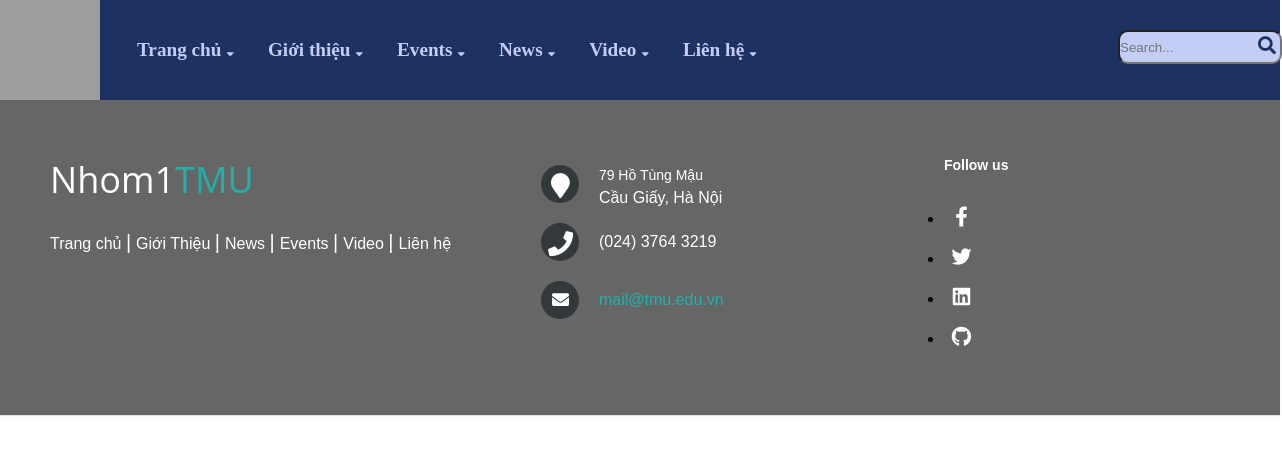
Repository: Luong-tung/MatchaTung
Page: newtopics/index.html
An editor plug-in stored every save of this project. The page is shown before and after the next save, followed by the edit.
The browser window is 1280 px wide. The page is 1282 px wide, so the pictures cover 1282 px, including what lies to the right of the window. The pictures show the whole page.
Pictures or frames that could not be fetched are drawn as grey boxes. Some web libraries are served in a nearby version.

Above is the page before, as saved 2021-10-09 12:34:05.
Not found: newtopics/grid.css

### newtopics/index.html

<!DOCTYPE html>
<html lang="en">
<head>
    <meta charset="UTF-8">
    <meta http-equiv="X-UA-Compatible" content="IE=edge">
    <meta name="viewport" content="width=device-width, initial-scale=1.0">
    <title>trang web thương mai điện tử</title>
    <link rel="stylesheet" href="iu.css">
    <link rel="stylesheet" href="https://pro.fontawesome.com/releases/v5.10.0/css/all.css" integrity="sha384-AYmEC3Yw5cVb3ZcuHtOA93w35dYTsvhLPVnYs9eStHfGJvOvKxVfELGroGkvsg+p" crossorigin="anonymous"/>
    <link rel="stylesheet" href="grid.css">

</head>
<body>
    <div class="header">
        <div class="logo">
            <img src="https://scontent.fhan4-3.fna.fbcdn.net/v/t1.15752-9/244521534_3120666654925529_7396226630018362644_n.jpg?_nc_cat=103&ccb=1-5&_nc_sid=ae9488&_nc_ohc=VPYvwfk35K0AX9N8zek&_nc_ht=scontent.fhan4-3.fna&oh=11361e826c179e37114d7c2bd928ff68&oe=6184B42C" alt="">

            <ul>
                <li><a href="#">Trang chủ</a><i class="fas fa-sort-down"></i></li>
                <li><a href="#">Giới thiệu</a><i class="fas fa-sort-down"></i></li>
                <li><a href="#">Events</a><i class="fas fa-sort-down"></i></li>
                <li><a href="#">News</a><i class="fas fa-sort-down"></i></li>
                <li><a href="#">Video</a><i class="fas fa-sort-down"></i></li>
                <li><a href="#">Liên hệ</a><i class="fas fa-sort-down"></i></li>
            </ul>
        </div>

        <div class="search">
            <form>

                <input type="text" name="Search" placeholder="Search..." >
                <i class="fas fa-search"></i>
            </form>
        </div>
        </div>





     <footer class="footer-distributed">

            <div class="footer-left">

              <h3>Nhom1<span>TMU</span></h3>

              <p class="footer-links">
                <a href="#" class="link-1">Trang chủ</a>

                <a href="#">Giới Thiệu</a>

                <a href="#">News</a>

                <a href="#">Events</a>

                <a href="#">Video</a>

                <a href="#">Liên hệ</a>
              </p>

            </div>

            <div class="footer-center">

              <div>
                <i class="fa fa-map-marker"></i>
                <p><span>79 Hồ Tùng Mậu </span> Cầu Giấy, Hà Nội</p>
              </div>

              <div>
                <i class="fa fa-phone"></i>
                <p>(024) 3764 3219</p>
              </div>

              <div>
                <i class="fa fa-envelope"></i>
                <p><a href="mail@tmu.edu.vn">mail@tmu.edu.vn</a></p>
              </div>

            </div>

            <div class="footer-right">

              <p class="footer-about">
                <span>Follow us</span>
              </p>

              <div class="footer-icons">
                <ul>
                <li><a href="#"><i class="fab fa-facebook-f"></i></a></li>
                <li><a href="#"><i class="fab fa-twitter"></i></a></li>
                <li><a href="#"><i class="fab fa-linkedin"></i></a></li>
                <li><a href="#"><i class="fab fa-github"></i></a></li>
                </ul>
              </div>

            </div>

          </footer>








    <script src="./main2.js"></script>
</body>
</html>

### newtopics/iu.css

*{
    padding: 0;
    margin: 0;

}
.header{
    width: 100%;
    height: 100px;
    background:#1E3163;
    display: flex;
    justify-content: space-between;

}
.header .logo img{
    width: 100px;
    height: 100px;

}
.header .logo{
    display: flex;
    cursor: pointer;
}
.header .logo ul{
    color: #c4cdf5;
    margin-left: 20px;
    display: flex;
    align-items: center;
    justify-content: space-between;
}
.header .logo ul li{
    list-style: none;
    cursor: pointer;
    margin: 0px 5px;
    padding:0px 12px;
    font-weight: 800;
    font-size: larger;

}
.header .logo ul li a{
    text-decoration: none;
    position: relative;
    color: #c4cdf5;
  }

.header .logo ul li i{
    font-size: 12px;
    margin-left: 5px;
}/*
.header .logo ul li:hover{
    background:#c4cdf5;
    color:#092086;*/



 .header .logo ul li a:after{
    content: "";
    position: absolute;
    background: #fff;
    height: 2px;
    width: 0;
    left:0;
    bottom: -8px;
    transition: 0.3s;
}
.header .logo ul li a:hover{
    color: #fff;
}

.header .logo ul li a:hover:after{
    width: 100%;
}

.header .search i{
    color: #1E3163;
    font-size: 18px;
    margin-left: -24px;
    cursor: pointer;


}
.header .search input{
    width: 160px;
    height: 30px;
    background-color:#c4cdf5;
    border-radius: 10px;
    margin-top: 30px;
}






/*phần footer*/

.footer-distributed{
	background: #666;
	box-shadow: 0 1px 1px 0 rgba(0, 0, 0, 0.12);
	box-sizing: border-box;
	width: 100%;
	text-align: left;
	font: bold 16px sans-serif;
	padding: 55px 50px;
}

.footer-distributed .footer-left,
.footer-distributed .footer-center,
.footer-distributed .footer-right{
	display: inline-block;
	vertical-align: top;
}

/* Footer left */

.footer-distributed .footer-left{
	width: 40%;
}

/* The school logo */

.footer-distributed h3{
	color:  #ffffff;
	font: normal 36px 'Open Sans', cursive;
	margin: 0;
}

.footer-distributed h3 span{
	color:  lightseagreen;
}

/* Footer links */

.footer-distributed .footer-links{
	color:  #ffffff;
	margin: 20px 0 12px;
	padding: 0;
}

.footer-distributed .footer-links a{
	display:inline-block;
	line-height: 1.8;
  font-weight:400;
	text-decoration: none;
	color:  inherit;
}

/* Footer Center */

.footer-distributed .footer-center{
	width: 35%;
}

.footer-distributed .footer-center i{
	background-color:  #33383b;
	color: #ffffff;
	font-size: 25px;
	width: 38px;
	height: 38px;
	border-radius: 50%;
	text-align: center;
	line-height: 42px;
	margin: 10px 15px;
	vertical-align: middle;
}

.footer-distributed .footer-center i.fa-envelope{
	font-size: 17px;
	line-height: 38px;
}

.footer-distributed .footer-center p{
	display: inline-block;
	color: #ffffff;
  font-weight:400;
	vertical-align: middle;
	margin:0;
}

.footer-distributed .footer-center p span{
	display:block;
	font-weight: normal;
	font-size:14px;
	line-height:2;
}

.footer-distributed .footer-center p a{
	color:  lightseagreen;
	text-decoration: none;;
}

.footer-distributed .footer-links a:before {
  content: "|";
  font-weight:300;
  font-size: 20px;
  left: 0;
  color: #fff;
  display: inline-block;
  padding-right: 5px;
}

.footer-distributed .footer-links .link-1:before {
  content: none;
}

/* Footer Right */

.footer-distributed .footer-right{
	width: 20%;
}

.footer-distributed .footer-about{
	line-height: 20px;
	font-size: 13px;
	font-weight: normal;
	margin: 0;
}

.footer-distributed .footer-about span{
	display: block;
	color:  #ffffff;
	font-size: 14px;
	font-weight: bold;
	margin-bottom: 20px;
}

.footer-distributed .footer-icons{
	margin-top: 25px;
}

.footer-distributed .footer-icons a{
	display: inline-block;
	width: 35px;
	height: 35px;
	cursor: pointer;

	border-radius: 2px;

	font-size: 20px;
	color: #fff;
	text-align: center;
	line-height: 35px;

	margin-right: 3px;
	margin-bottom: 5px;
}


@media (max-width: 880px) {

	.footer-distributed{
		font: bold 14px sans-serif;
	}

	.footer-distributed .footer-left,
	.footer-distributed .footer-center,
	.footer-distributed .footer-right{
		display: block;
		width: 100%;
		margin-bottom: 40px;
		text-align: center;
	}

	.footer-distributed .footer-center i{
		margin-left: 0;
	}

}

Loaded but not shown: newtopics/main2.js (no stored copy; drawn as an empty file)

After the next save:
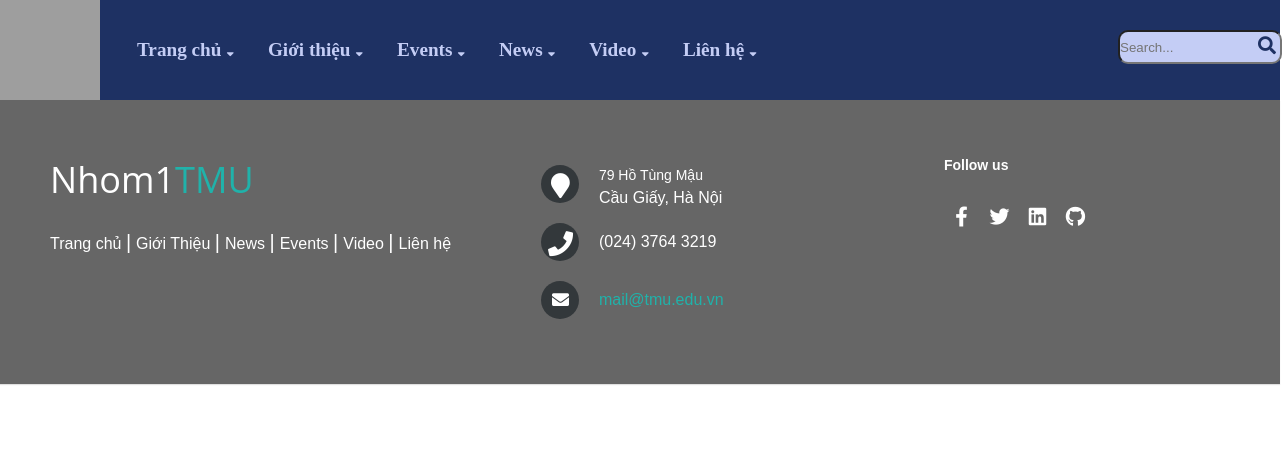
Saved 100 s later.
--- a/newtopics/iu.css
+++ b/newtopics/iu.css
@@ -233,8 +233,8 @@
 	width: 35px;
 	height: 35px;
 	cursor: pointer;
-
-	border-radius: 2px;
+    margin-right: 6px;
+	border-radius: 6px;
 
 	font-size: 20px;
 	color: #fff;
@@ -243,6 +243,13 @@
 
 	margin-right: 3px;
 	margin-bottom: 5px;
+}
+.footer-distributed .footer-icons ul{
+    display: flex;
+}
+
+.footer-distributed .footer-icons li{
+    list-style: none;
 }
 
 
